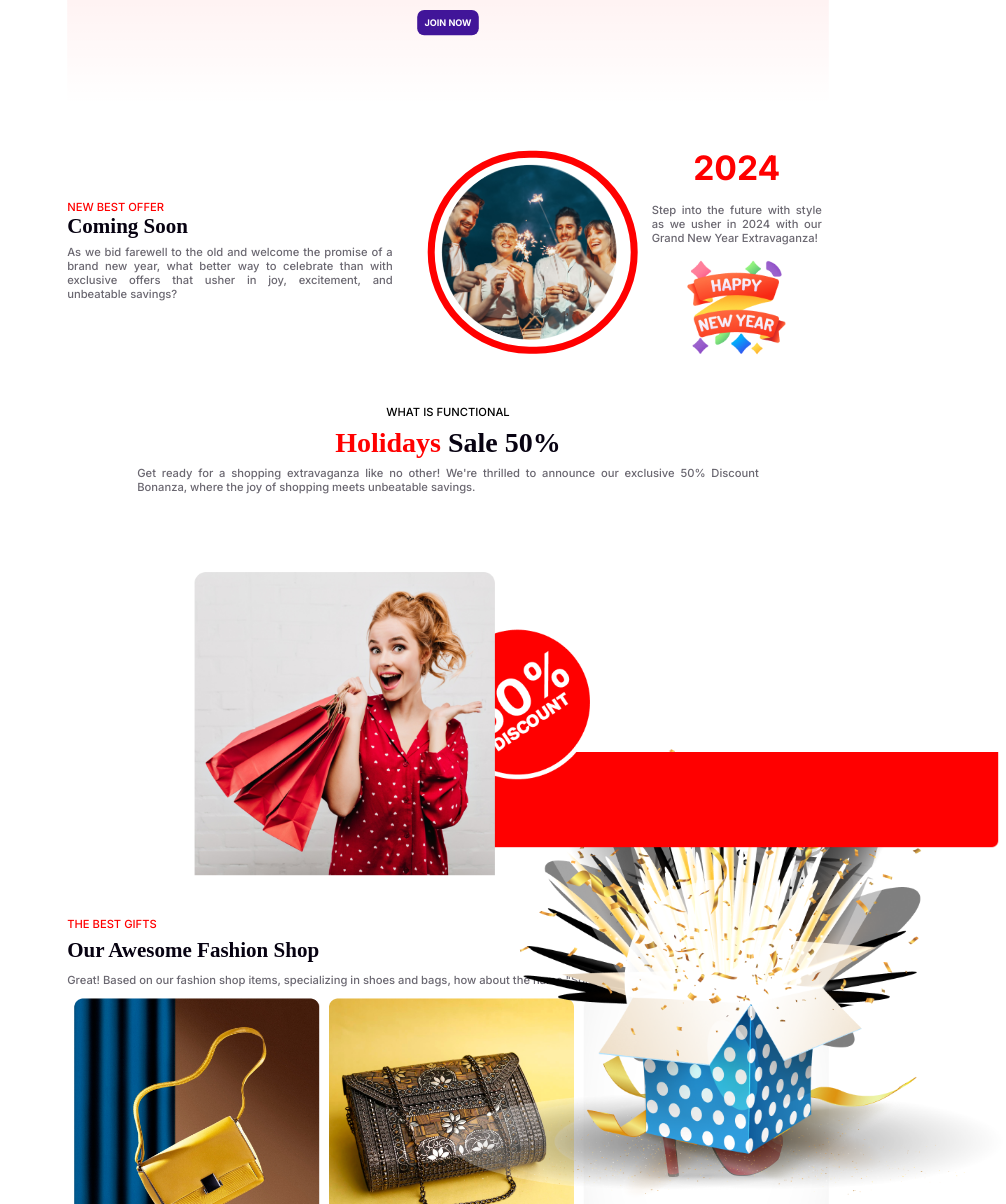
Repository: sumonkumarsarkar/new-year-2024
Page: index.html
An editor plug-in stored every save of this project. The page is shown before and after the next save, followed by the edit.
The browser window is 1280 px wide. The page is 1437 px wide, so the pictures cover 1437 px, including what lies to the right of the window. The pictures show the part of the page from y = 2126 to 3846 px (the page is 5466 px tall), at 70% of full size.

Above is the page before, as saved 2024-01-08 23:12:55.

After the next save:
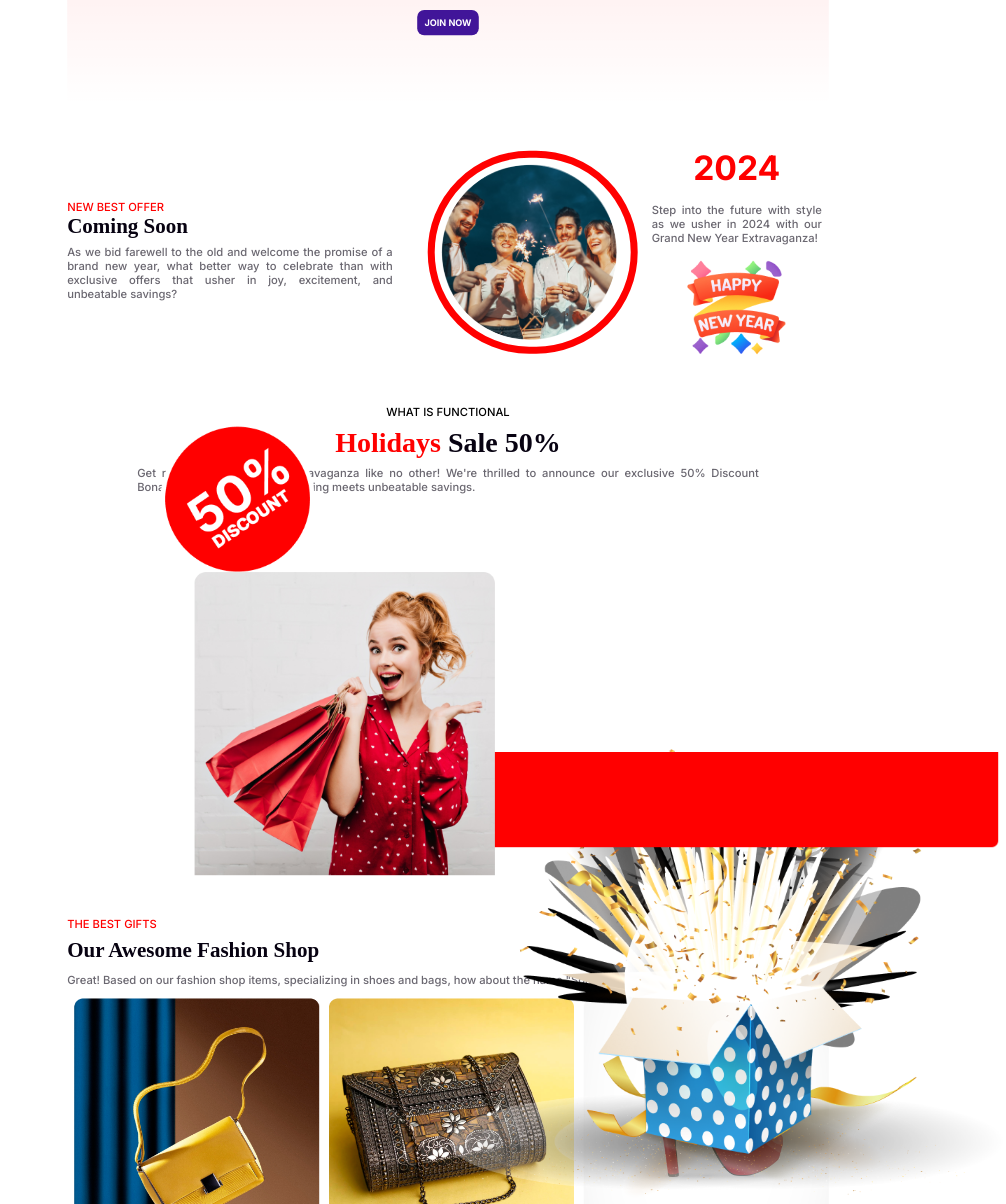
Saved 67 s later.
--- a/style.css
+++ b/style.css
@@ -316,8 +316,8 @@ span{
 .holiday-img .div1 img{
 position: relative;
 z-index: 1;
-top:90px;
-right:-100px;
+right: 300px;
+bottom: 200px;
 
 }
 .holiday-img .div2 img{
